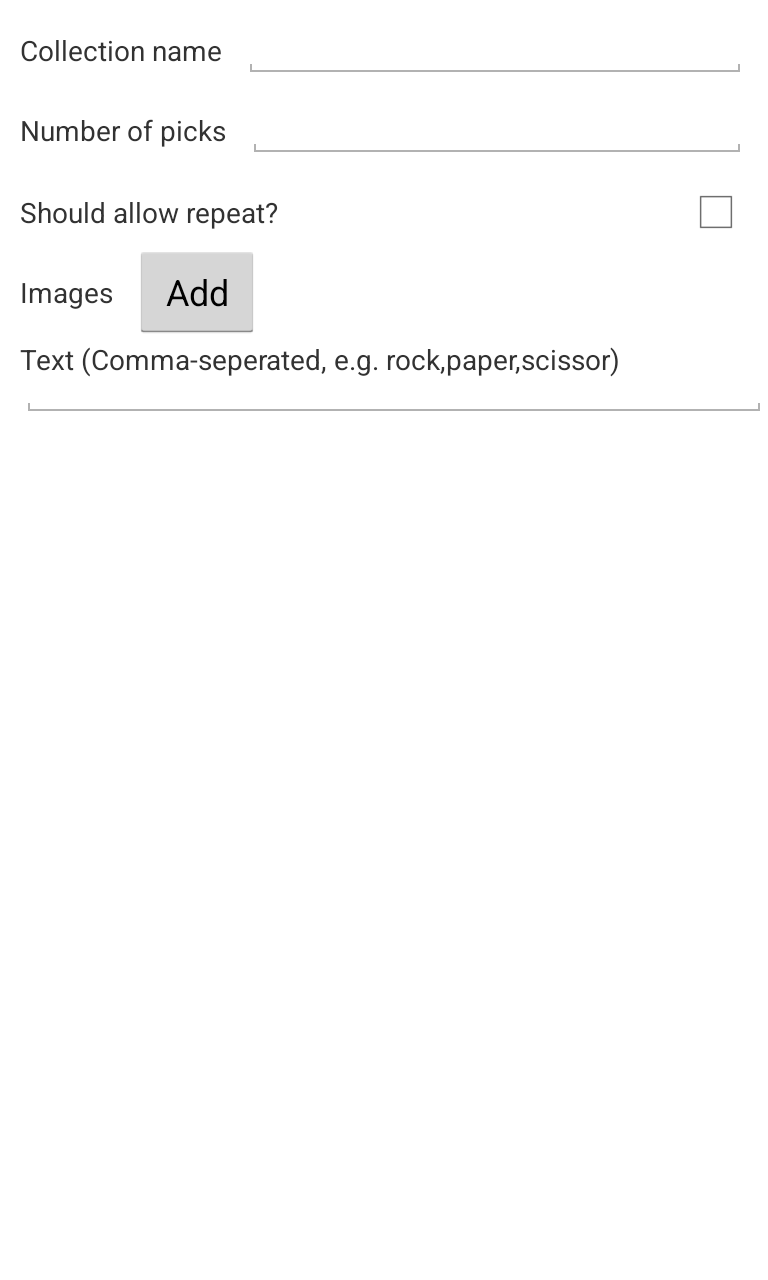
Repository: nqmtuan/RandomRandomizerAndroid
Layout: Workspace/RandomRandomizer/res/layout/create_edit_random_collection.xml
The author's editor kept a copy of each file at every save. The layout is drawn from the files as they stood at one save, then again after the next save.
It is drawn on a 768 x 1280 px phone screen (xhdpi) without system bars, with theme AppTheme; the app's code is not run.

Above is the layout before, as saved 2013-07-30 15:04:55.

After the next save:
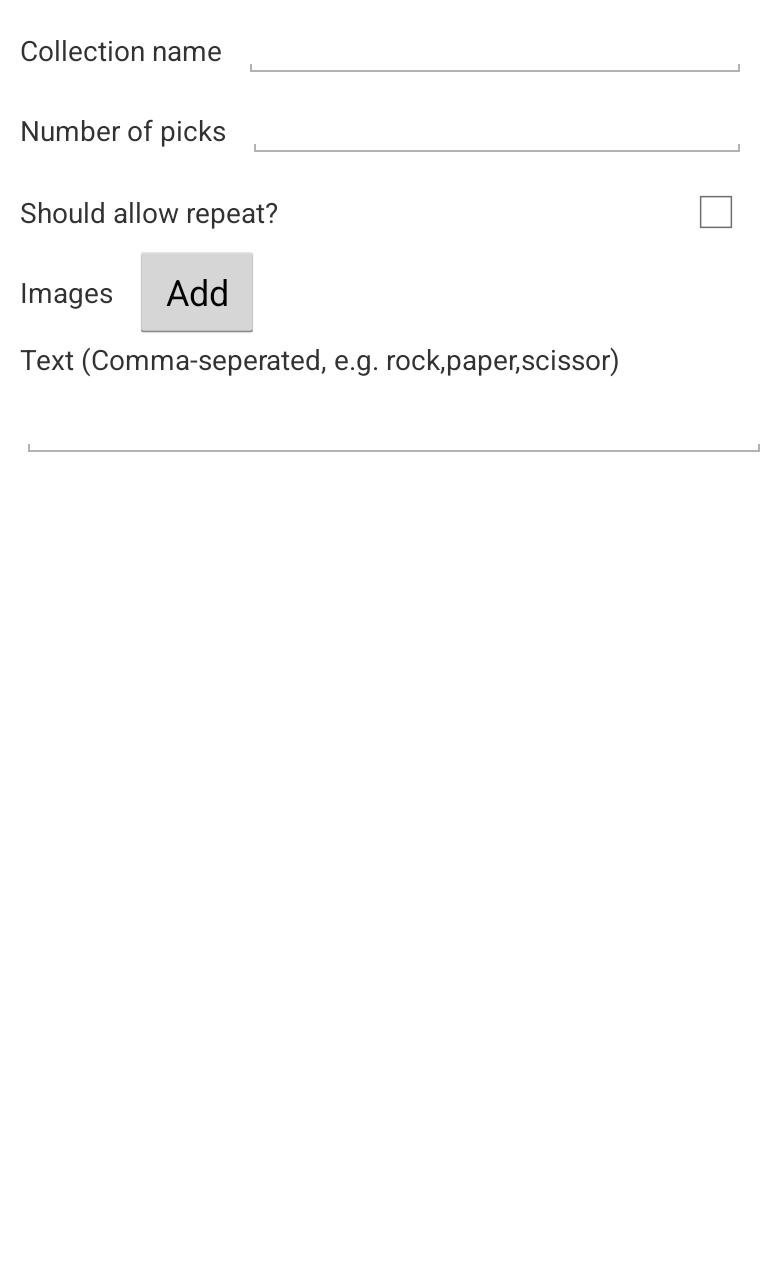
Saved 27 s later.
--- a/Workspace/RandomRandomizer/res/layout/create_edit_random_collection.xml
+++ b/Workspace/RandomRandomizer/res/layout/create_edit_random_collection.xml
@@ -137,9 +137,9 @@
                     android:text="@string/random_collection_text_label" />
 
                 <EditText
-                    android:id="@+id/create_random_collection_edit_text"
+                    android:id="@+id/create_random_collection_text_edit_text"
                     android:layout_width="fill_parent"
-                    android:layout_height="wrap_content"
+                    android:layout_height="60dp"
 
                     />
             </RelativeLayout>
